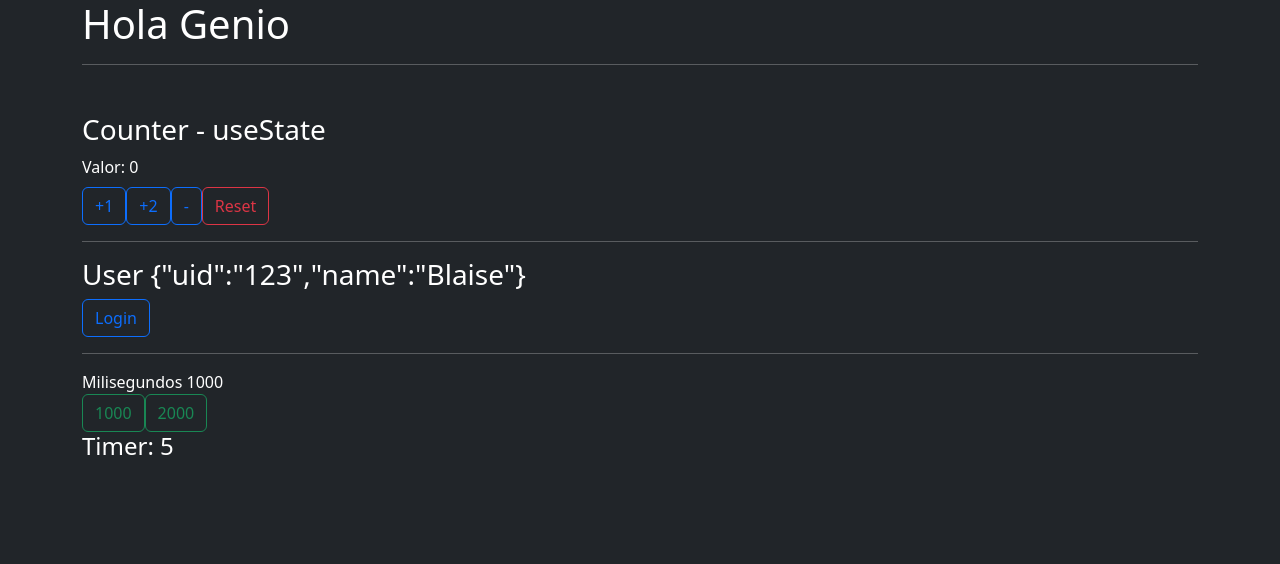
Repository: ChristianGecchelin/Typescript-Course1
Page: /
An editor plug-in stored every save of this project. The page is shown before and after the next save, followed by the edit.
The browser window is 1280 px wide. The pictures show the whole page.
The project was rebuilt for these pictures with package versions that can differ from the ones it lists, and the page was loaded fresh each time.

Above is the page before, as saved 2022-08-16 15:50:24.

After the next save:
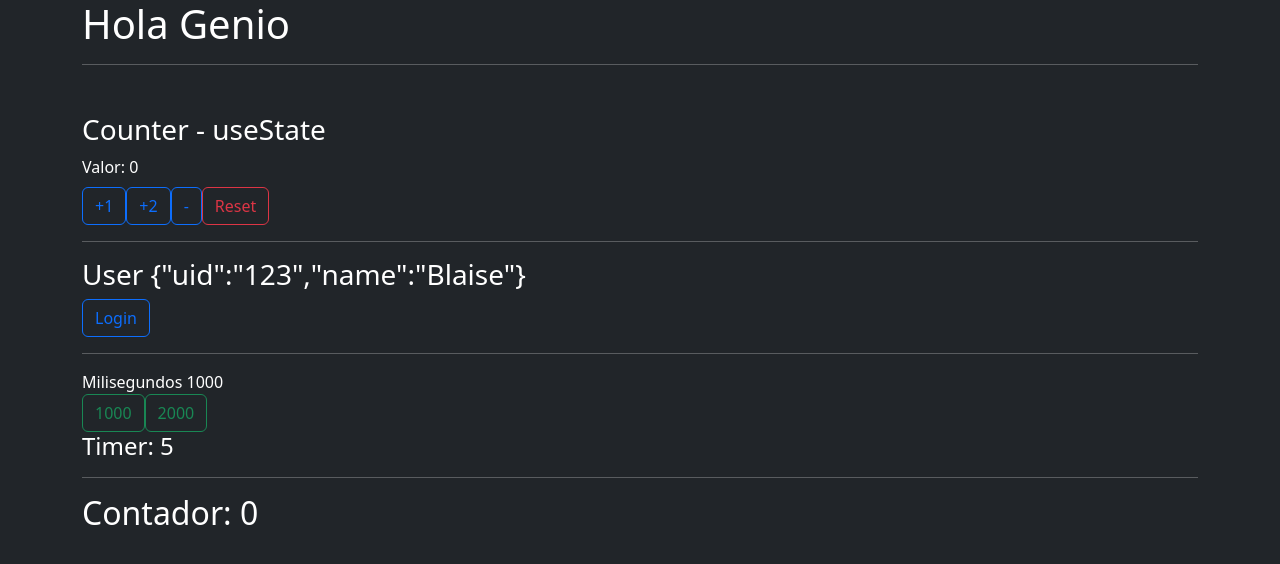
Saved 30 s later.
--- a/src/App.tsx
+++ b/src/App.tsx
@@ -1,3 +1,4 @@
+import { ContadorRed } from "./components/contadorRed";
 import { Counter } from "./components/Counter";
 import { TimerPadre } from "./components/TimerPadre";
 import { Usuario } from "./components/Usuario";
@@ -7,11 +8,13 @@ function App() {
     <>
       <h1>Hola Genio</h1>
       <hr />
-      <Counter/>
+      <Counter />
       <hr />
-      <Usuario/>
+      <Usuario />
       <hr />
-      <TimerPadre/>
+      <TimerPadre />
+      <hr />
+      <ContadorRed/>
     </>
   );
 }
